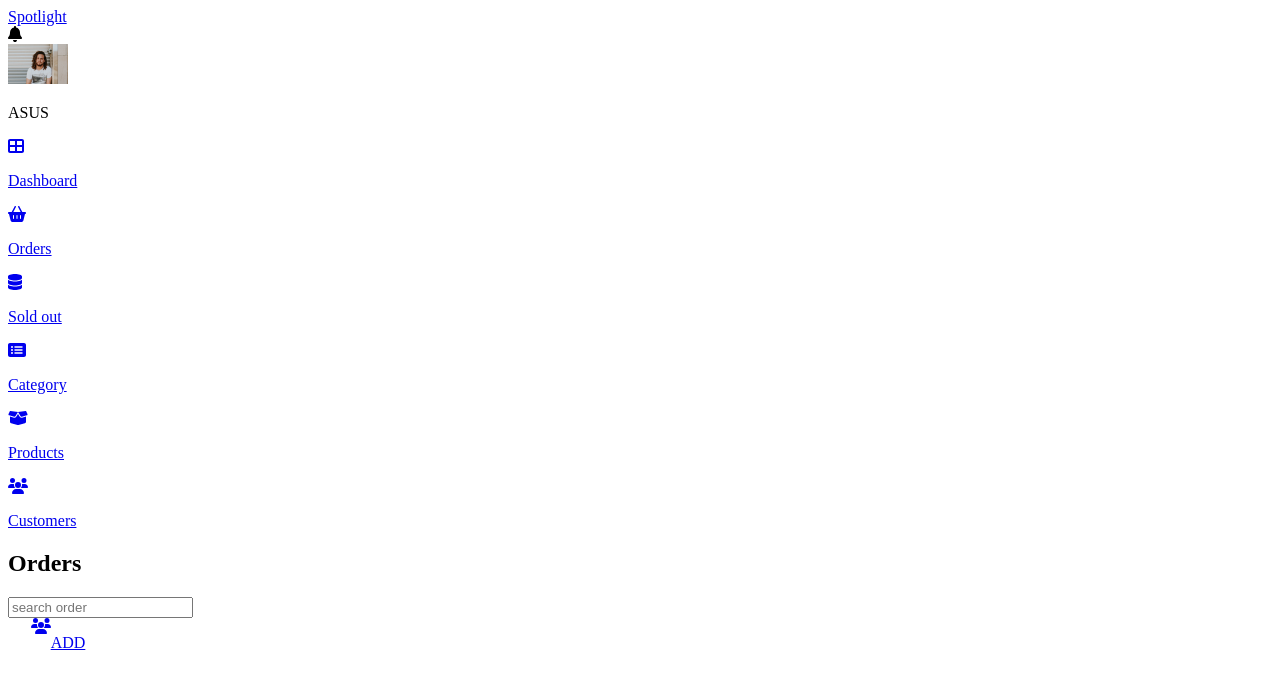
Repository: pin-seavmuy/Spotlight-POS
Page: /category
An editor plug-in stored every save of this project. The page is shown before and after the next save, followed by the edit.
The browser window is 1280 px wide. The pictures show the whole page.
Some web fonts or font styles are not loaded; a fallback is used. The project was rebuilt for these pictures with package versions that can differ from the ones it lists, and the page was loaded fresh each time. Also part of the build but not shown: vue.config.js, src/components/Orders.vue, src/components/Products.vue, src/components/Customers.vue.

Above is the page before, as saved 2024-06-26 17:09:07.

After the next save:
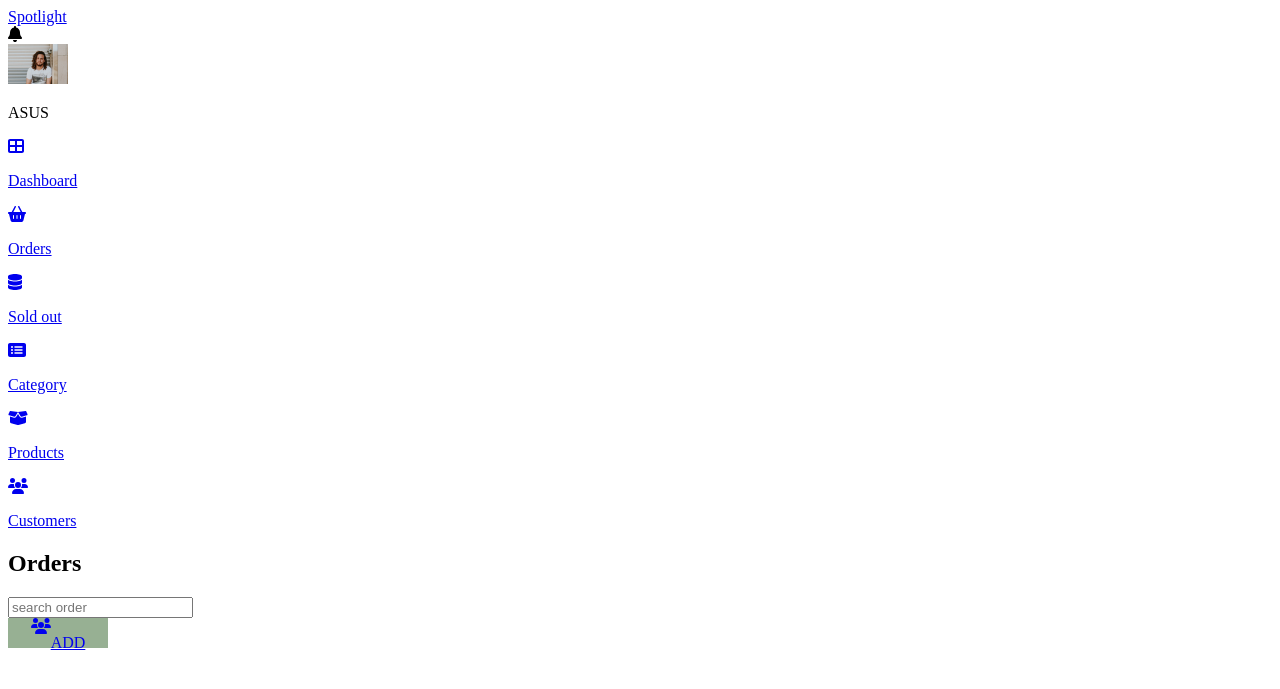
Saved 24 s later.
--- a/src/assets/css/category.css
+++ b/src/assets/css/category.css
@@ -1,7 +1,7 @@
 .add {
     width: 100px;
     height: 30px;
-    background-color: #;
+    background-color: #97b093;
     display: flex;
     justify-content: center;
 
